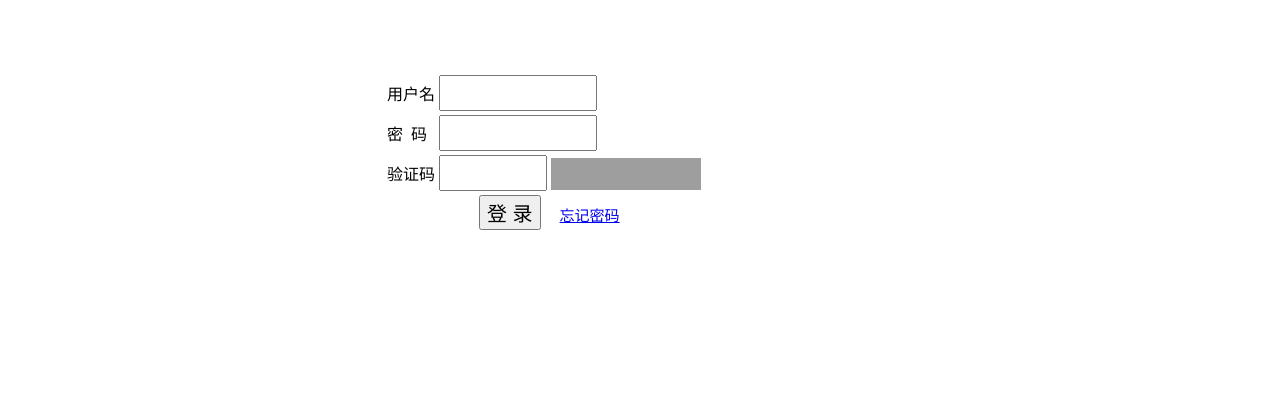
Repository: IAmJiangWenHao/ReportServer
Page: demo.html
The author's editor kept a copy of each file at every save. The page is drawn from the files as they stood at one save, then again after the next save.
The browser window is 1280 px wide. The pictures show the whole page.
Pictures or frames that could not be fetched are drawn as grey boxes.

Above is the page before, as saved 2023-05-16 11:54:41.

### demo.html
<!DOCTYPE html>
<html>
  <head>
    <meta http-equiv="Content-Type" content="text/html; charset=UTF-8">
    <title>登录</title>
  </head>
  <body>
    <style>
      dfv{
        width: 500px;
        height:300px;
        position: absolute;
        top: 10%;
        left: 30%;

      }
    </style>

    <script type="text/javascript"> //这里是JavaScript
      window.onload = function () {
        document.getElementById("img").onclick = function () {
          /*document.getElementById()通过元素的id来获取元素，
           .getElementById("img")先获取"img" 元素；
           然后.onclick()，点击触发一个事件，这个事件发生会执行funciton()函数。
           目的:点击id为img的页面元素时会触发funciton函数。生成验证码*/
          this.src = "CheckcodeServlet?time" + new Date().getTime();
          //new Date().getTime()增加时间戳来更换验证码图片
        };
      };

    </script>
    <script type="text/javascript">
    //检查输入是否为空
      function Check() {
        const username = document.form1.username.value;
        const password = document.form1.password.value;
        const checkcode = document.form1.checkcode.value;

        if (!username) {
          alert("用户名不能为空！");
          document.form1.username.focus();
          return false;
        }

        if (!password) {
          alert("密码不能为空！");
          document.form1.password.focus();
          return false;
        }

        if (!checkcode) {
          alert("验证码不能为空！");
          document.form1.checkcode.focus();
          return false;
        }

        return true;
      }
    </script>

  <dfv>
 <form action="LoginServlet" method="post" name="form1" onSubmit="return Check()">
        <!-- form属性action="LoginServlet"中，LoginServlet待后续实现，用于处理请求-->
        <table>

          <tr>
            <td>用户名</td>
            <td><input style="width:150px;height:30px;" type="text" name="username" size="20"></td>
          </tr>
          <tr>
            <td>密&nbsp;&nbsp;码</td>
            <td><input style="width: 150px;height:30px;" type="password" name="password" size="20"></td>
          </tr>
          <tr>
            <td>验证码</td>
            <td><input style="width: 100px;height:30px;" type="text" name="checkcode" size="15">
              <img style="width:150px;height:32px;" id="img" src="CheckcodeServlet"  alt="[验证码待续]" align="center">
              <!-- id为img的页面元素,显示验证码图像；src="CheckcodeServlet"中，CheckcodeServlet待后续实现-->
            </td>
          </tr>
          <tr><td></td>
            <td><input style="margin-left:40px;font-size:20px;" type="submit" value="登&nbsp;录">
              <font style="font-size:15px">&nbsp;&nbsp;&nbsp;&nbsp;<a href="forgetPassword.jsp">忘记密码 </a> </font></td>
          </tr>
        </table>
      </form>
    </div>
  </body>
</html>

After the next save:
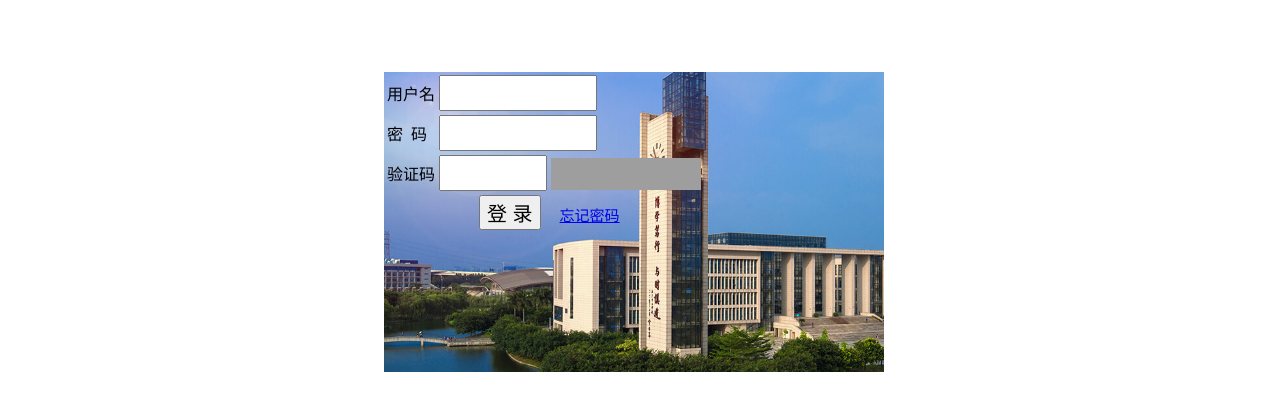
Saved 73 s later.
--- a/demo.html
+++ b/demo.html
@@ -12,7 +12,9 @@
         position: absolute;
         top: 10%;
         left: 30%;
-
+        background-image: url('./web/img/gzdx-bg.jpg');
+  background-size: cover;
+  background-position: center;
       }
     </style>
 
